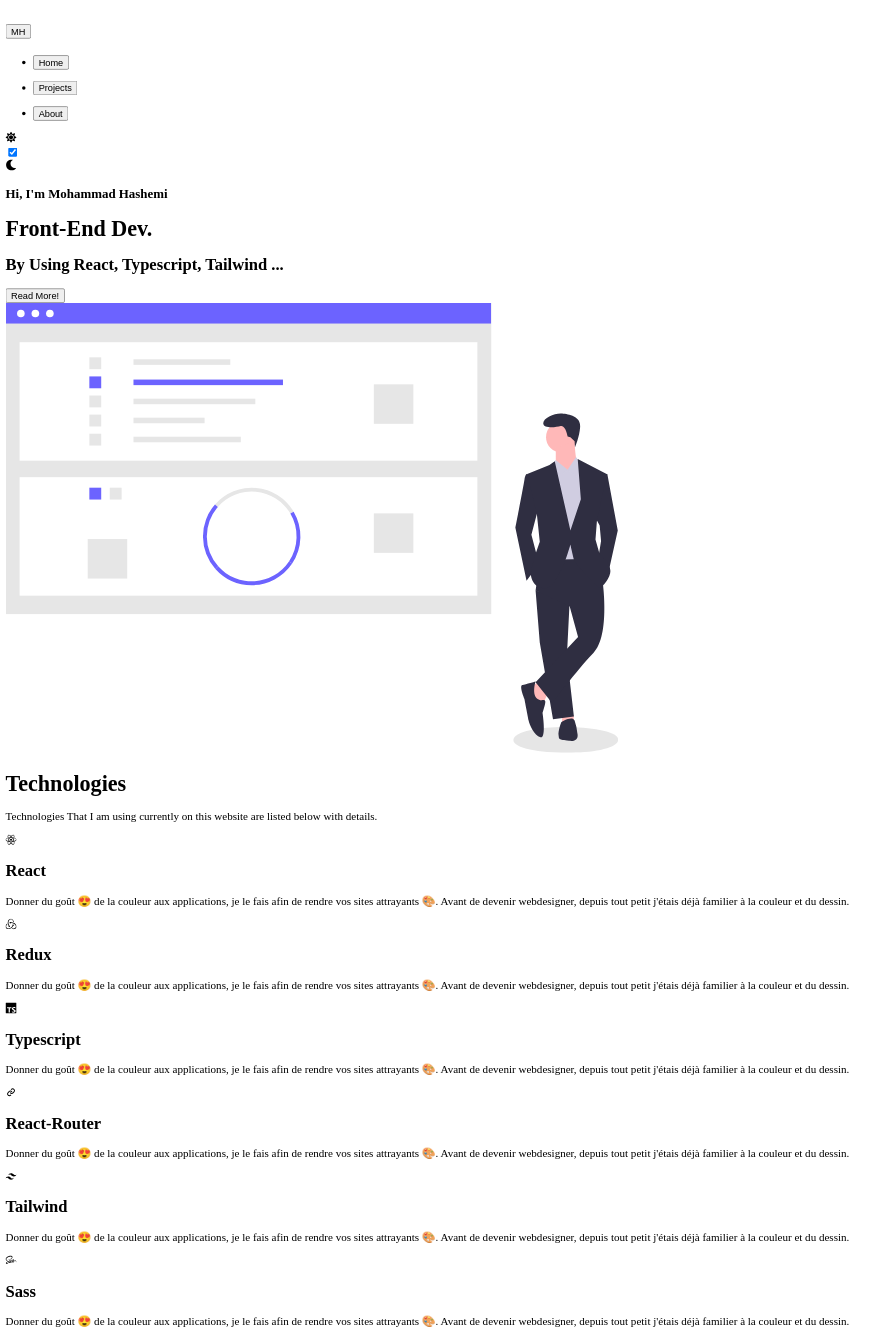
Repository: SMohammadH/react-typescript-tailwind
Page: /
The author's editor kept a copy of each file at every save. The page is drawn from the files as they stood at one save, then again after the next save.
The browser window is 1280 px wide. The pictures show the whole page, at 69% of full size.
The project was rebuilt for these pictures with package versions that can differ from the ones it lists, and the page was loaded fresh each time. Also part of the build but not shown: craco.config.js.

Above is the page before, as saved 2021-02-03 08:58:47.

After the next save:
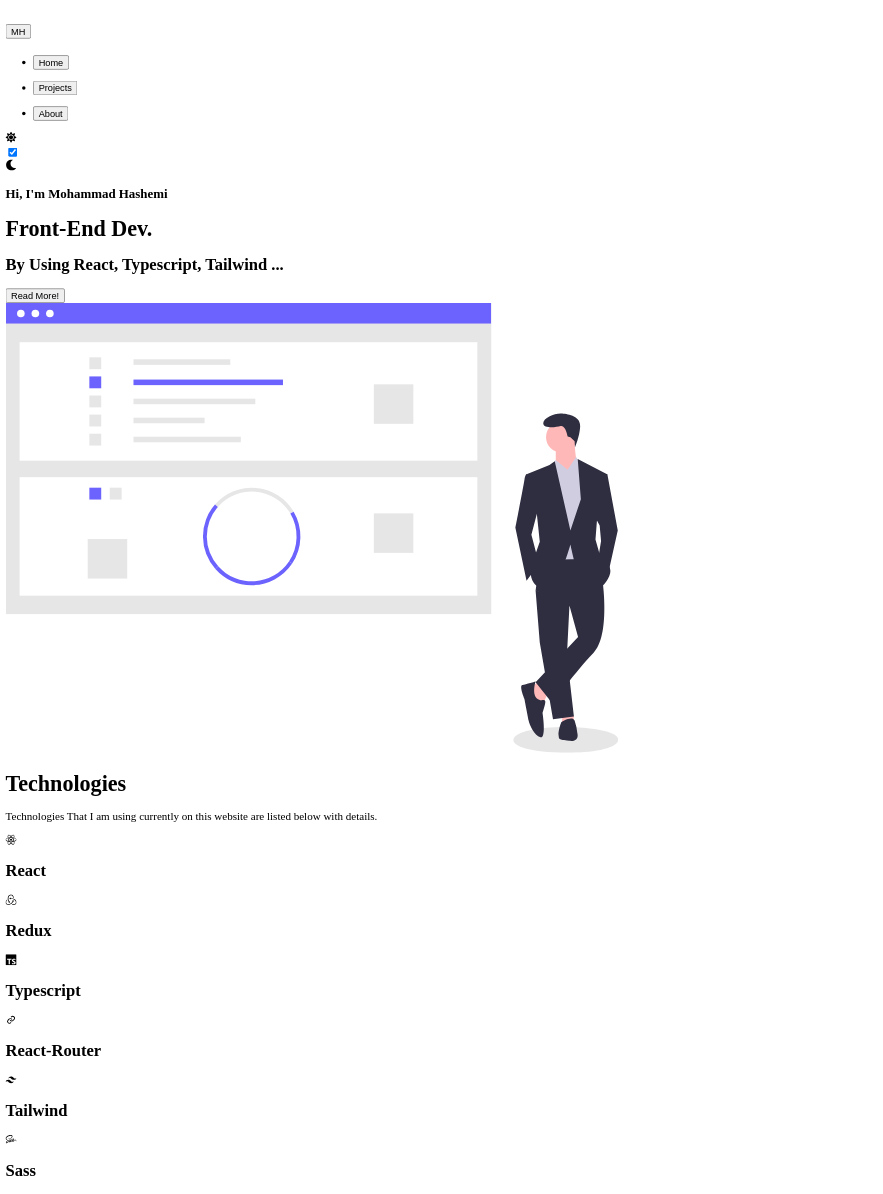
Saved 21 s later.
--- a/src/components/Card.tsx
+++ b/src/components/Card.tsx
@@ -13,6 +13,7 @@
   imgColor,
   imgBack,
   header,
+  text,
 }) => {
   return (
     <div className="relative max-w-sm  md:max-w-xs mx-auto ">
@@ -43,11 +44,7 @@
             <h2 className="text-primary text-xl title-font font-medium mb-3">
               {header}
             </h2>
-            <p className="leading-relaxed text-sm text-justify">
-              Donner du goût 😍 de la couleur aux applications, je le fais afin
-              de rendre vos sites attrayants 🎨. Avant de devenir webdesigner,
-              depuis tout petit j'étais déjà familier à la couleur et du dessin.
-            </p>
+            <p className="leading-relaxed text-sm text-justify">{text}</p>
           </div>
         </div>
       </div>
